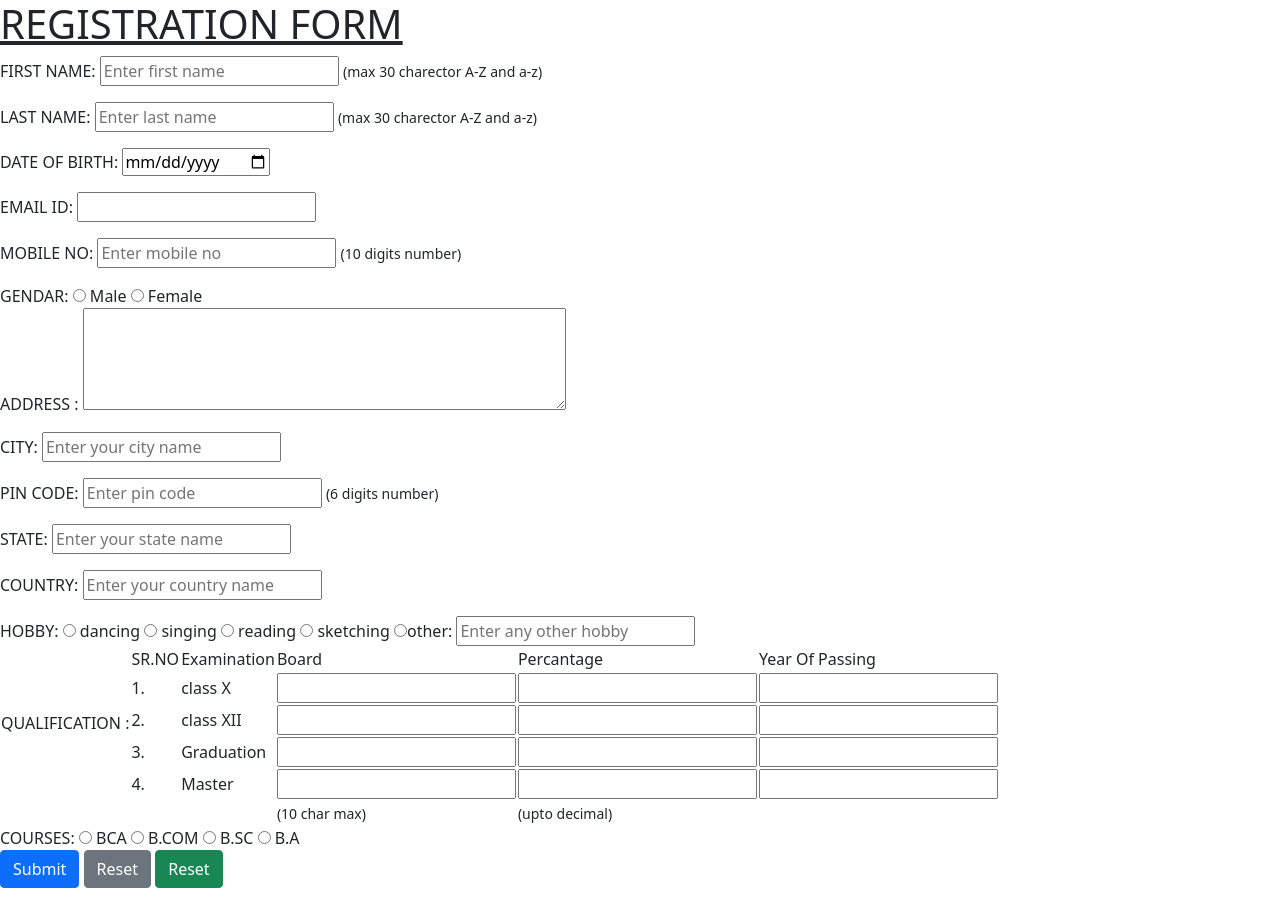
Repository: MintuKrishnan/subrahmanyam-batch
Page: front-end/html/form.html
An editor plug-in stored every save of this project. The page is shown before and after the next save, followed by the edit.
The browser window is 1280 px wide. The pictures show the whole page.

Above is the page before, as saved 2021-02-26 15:07:58.

### front-end/html/form.html
<!DOCTYPE html>
<html lang="en">
<head>
    <meta charset="UTF-8">
    <meta http-equiv="X-UA-Compatible" content="IE=edge">
    <meta name="viewport" content="width=device-width, initial-scale=1.0">
    <link href="https://cdn.jsdelivr.net/npm/bootstrap@5.0.0-beta2/dist/css/bootstrap.min.css" rel="stylesheet" integrity="sha384-BmbxuPwQa2lc/FVzBcNJ7UAyJxM6wuqIj61tLrc4wSX0szH/Ev+nYRRuWlolflfl" crossorigin="anonymous">
    <title>student registration form</title>
</head>
<body>
    <h1>
        <u>REGISTRATION FORM</u>
    </h1>
    <form>
    <p>
        <label for="name">FIRST NAME:</label>
    <input type="text" placeholder="Enter first name" name="name" id="name" min="30" max="30">
    <small>(max 30 charector A-Z and a-z)</small>
    </p>

    <p>
        <label for="name">LAST NAME:</label>
        <input type="text" placeholder="Enter last name" name="name" id="name" min="30" max="30">
        <small>(max 30 charector A-Z and a-z)</small>
    </p>

    <p><label for="birthday">DATE OF BIRTH:</label>
        <input type="date" id="birthday" name="birthday"></p>

    <p><label for="email">EMAIL ID:</label>
        <input type="email" id="email" name="email"></p>

    <p><label for="phone">MOBILE NO:</label>
        <input type="tel" id="phone" name="phone" placeholder="Enter mobile no">
        <small>(10 digits number)</small></p>

        <label for="text">GENDAR:</label>
        <input type="radio" name="gender" value="male"> Male
        <input type="radio" name="gender" value="female"> Female

    <p><label for="address"> ADDRESS :</label>
        <textarea id="adress" name="address" rows="4" cols="50">
            </textarea></p>

    <p><label for="text"> CITY:</label>
        <input type="text" placeholder="Enter your city name" id="city" name="city"></p>

    <p><label for="number">PIN CODE:</label>
        <input type="number" placeholder="Enter pin code" id="pin code" name="pin code" >
        <small>(6 digits number)</small></p>

    <p><label for="text"> STATE:</label>
        <input type="text" placeholder="Enter your state name" id="city" name="city"></p>

    <p><label for="text"> COUNTRY:</label>
        <input type="text" placeholder="Enter your country name" id="city" name="city"></p>


        <label for="text">HOBBY:</label>
        <input type="radio" value="dancing"> dancing
        <input type="radio" value="singing"> singing
        <input type="radio" value="reading"> reading
        <input type="radio" value="sketching"> sketching
        <input type="radio"value='other'>other:
        <input type="text" placeholder="Enter any other hobby" name="fname">
        <br>



    <table>
        <tr>
            <td rowspan="5">QUALIFICATION :</td>
            <td>SR.NO</td>
            <td>Examination</td>
            <td>Board</td>
            <td>Percantage</td>
            <td>Year Of Passing</td>
        </tr>
        <tr>
            <td>1.</td>
            <td>class X</td>
            <td><input type="text"></td>
            <td><input type="text"></td>
            <td><input type="text"></td>
        </tr>
        <tr>
            <td>2.</td>
            <td>class XII</td>
            <td><input type="text"></td>
            <td><input type="text"></td>
            <td><input type="text"></td>
        </tr>
        <tr>
            <td>3.</td>
            <td>Graduation</td>
            <td><input type="text"></td>
            <td><input type="text"></td>
            <td><input type="text"></td>
        </tr>
        <tr>
            <td>4.</td>
            <td>Master</td>
            <td><input type="text"></td>
            <td><input type="text"></td>
            <td><input type="text"></td>
        </tr>
        <tr>
            <td></td>
            <td></td>
            <td></td>
            <td><small>(10 char max)</small></td>
            <td><small>(upto decimal)</small></td>
        </tr>
    </table>


        <label for="text">COURSES:</label>
                <input type="radio" value="bca"> BCA
                <input type="radio" value="b.com"> B.COM
                <input type="radio" value="b.sc"> B.SC
                <input type="radio" value="b.a"> B.A



    <p>
        <input type="submit" class="btn btn-primary">
        <input type="reset" class="btn btn-secondary">
        <input type="reset" class="btn btn-success">
    </p>
    </form>

</body>

</html>

After the next save:
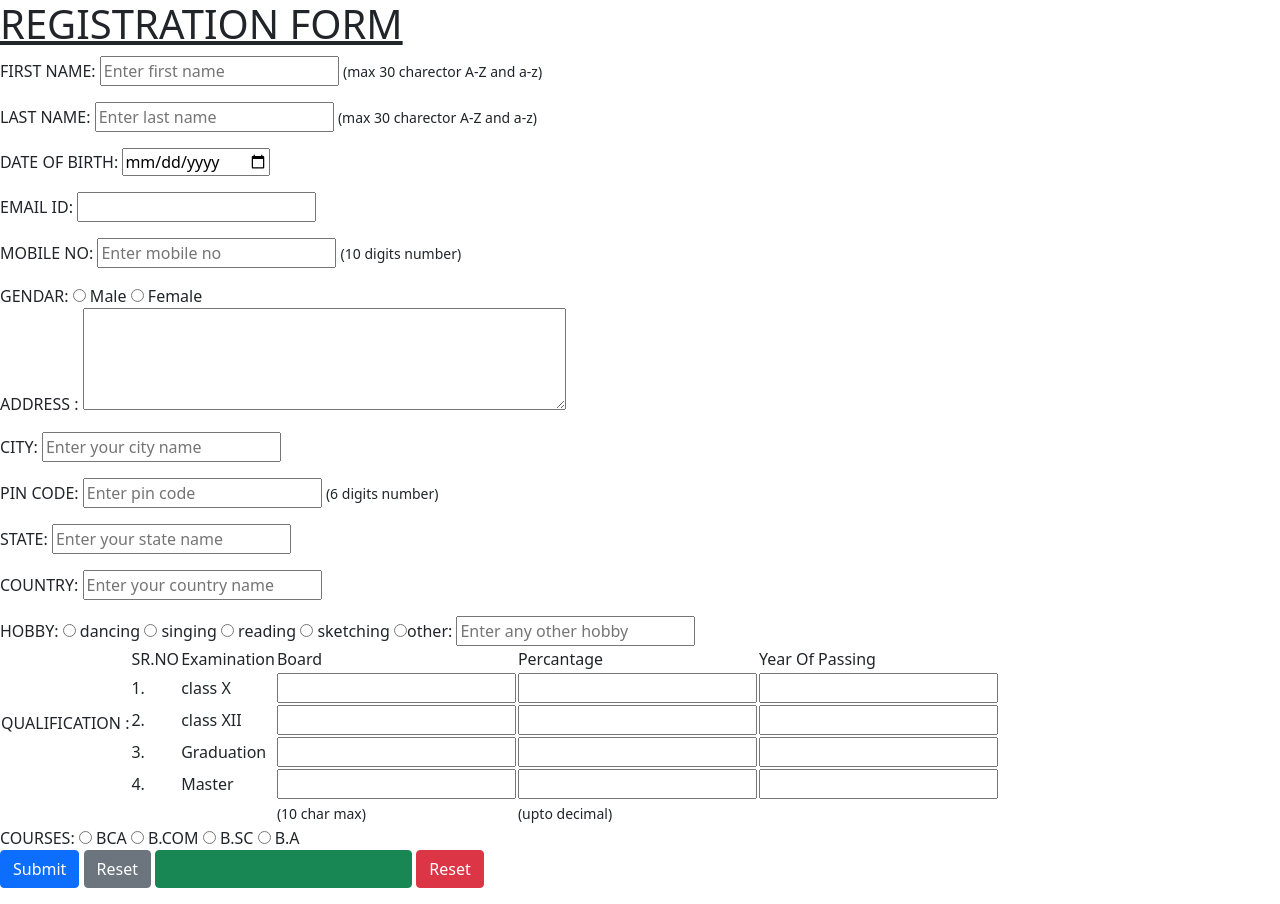
Saved 18 s later.
--- a/front-end/html/form.html
+++ b/front-end/html/form.html
@@ -125,7 +125,8 @@
     <p>
         <input type="submit" class="btn btn-primary">
         <input type="reset" class="btn btn-secondary">
-        <input type="reset" class="btn btn-success">
+        <input type="green" class="btn btn-success">
+        <input type="reset" class="btn btn-danger">
     </p>
     </form>
 
